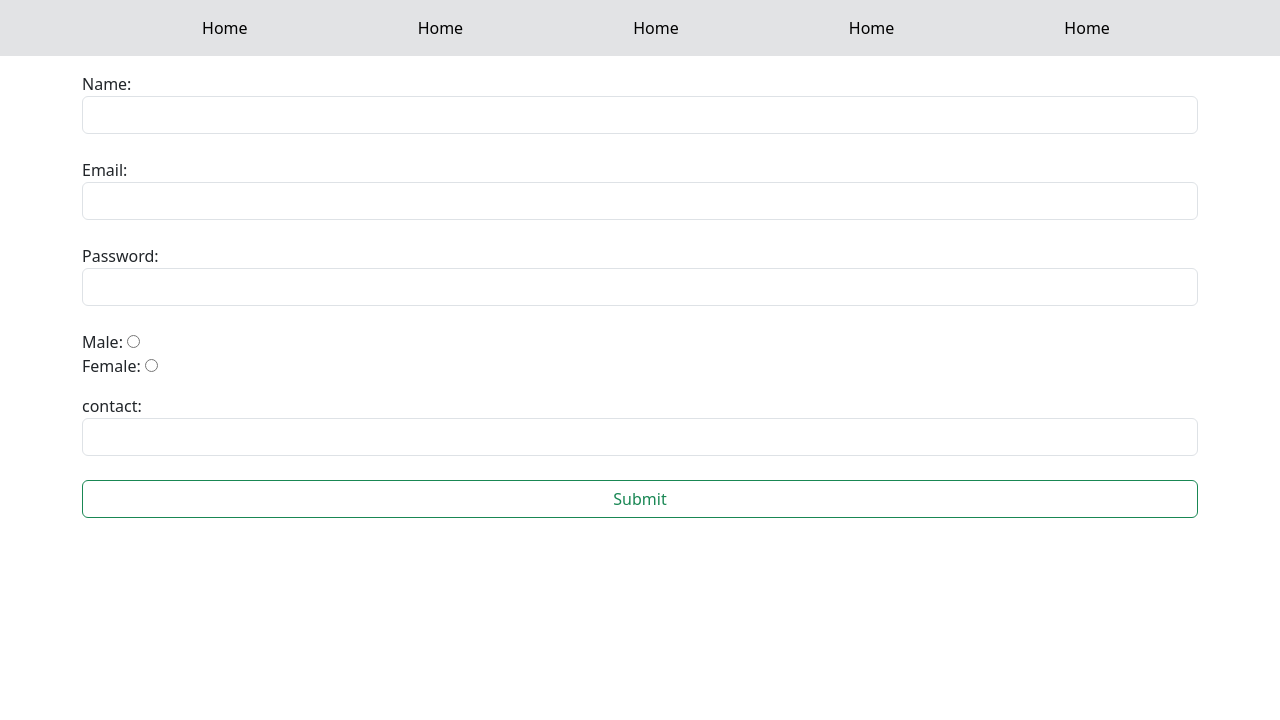
Repository: Naynsh2904/Advance_Java
Page: http://localhost/createForm/NewFile.jsp
An editor plug-in stored every save of this project. The page is shown before and after the next save, followed by the edit.
The browser window is 1280 px wide. The pictures show the whole page.
The page is served by Tomcat 9.

Above is the page before, as saved 2025-01-31 11:08:54.

After the next save:
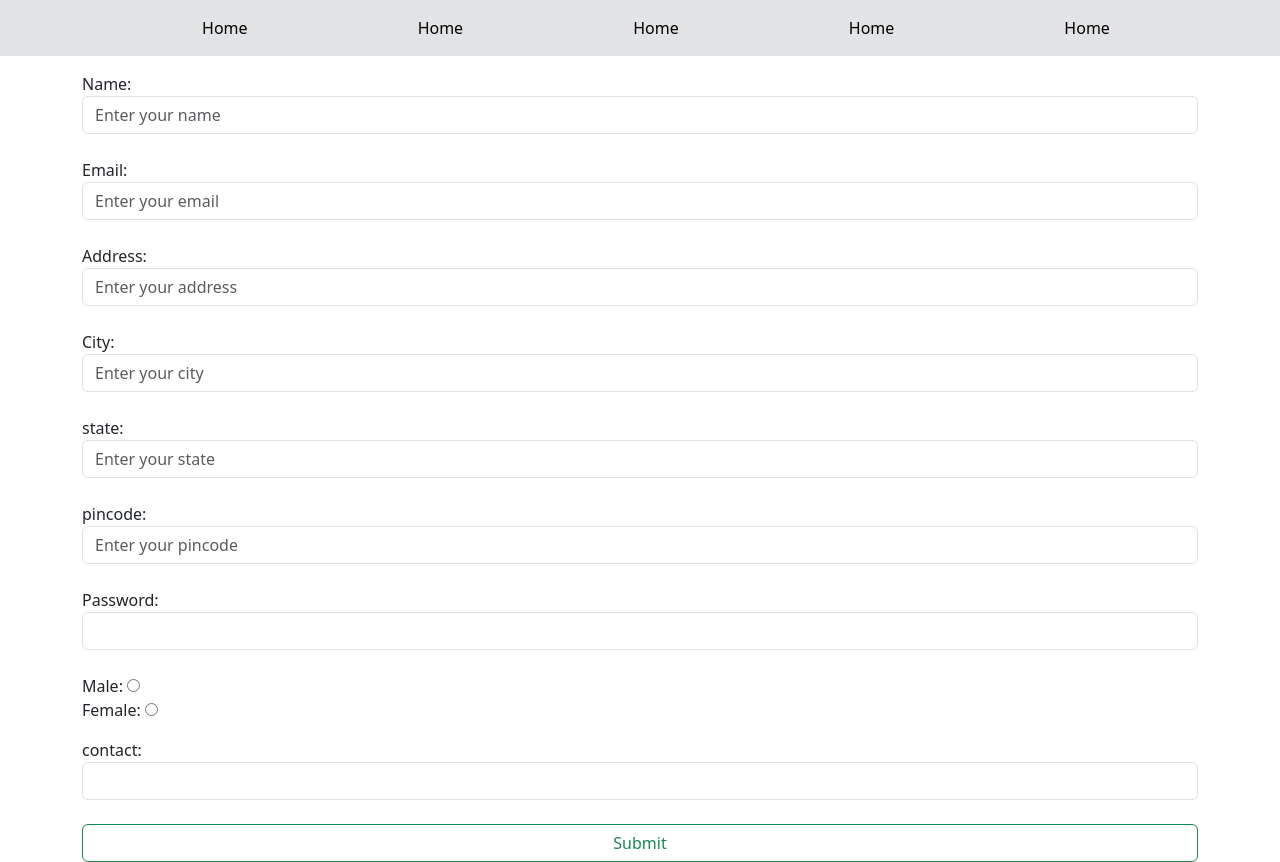
Saved 18 h 42 min later.
--- a/createForm/src/main/webapp/NewFile.jsp
+++ b/createForm/src/main/webapp/NewFile.jsp
@@ -36,16 +36,20 @@
         <li><a href="#">Home</a></li>
       </ul>
     </nav>
-    <form action="Getdata" method="get">
+    <form action="#" method="get">
       <div class="container">
-        Name: <input class="form-control" type="text" name="name" value="" /><br>
-        Email: <input class="form-control" type="email" name="email" value="" /><br>
+        Name: <input class="form-control" type="text" name="name" value="" placeholder="Enter your name"/><br>
+        Email: <input class="form-control" type="email" name="email" value="" placeholder="Enter your email" /><br>
+        Address: <input type="text" name="address" class="form-control" value="" placeholder="Enter your address"><br>
+        City: <input type="text" name="city" class="form-control" placeholder="Enter your city" ><br>
+        state: <input class="form-control" type="text" name="state" value="" placeholder="Enter your state"><br>
+        pincode: <input type="text" name="pin" value="" placeholder="Enter your pincode" class="form-control"><br>
         Password: <input class="form-control" type="password" name="password" value="" /><br>
         <div class="pb-3">
           Male: <input class="" type="radio" name="gender" value="male" /><br>
           Female: <input class="" type="radio" name="gender" value="female" /><br>
         </div>
-        contact: <input class="form-control" type="tel" name="contact" value="" /><br>
+        contact: <input class="form-control" type="contact" name="contact" value="" /><br>
         <div>
           <button type="submit" name="btn" class="form-control btn btn-outline-success">Submit</button>
         </div>
